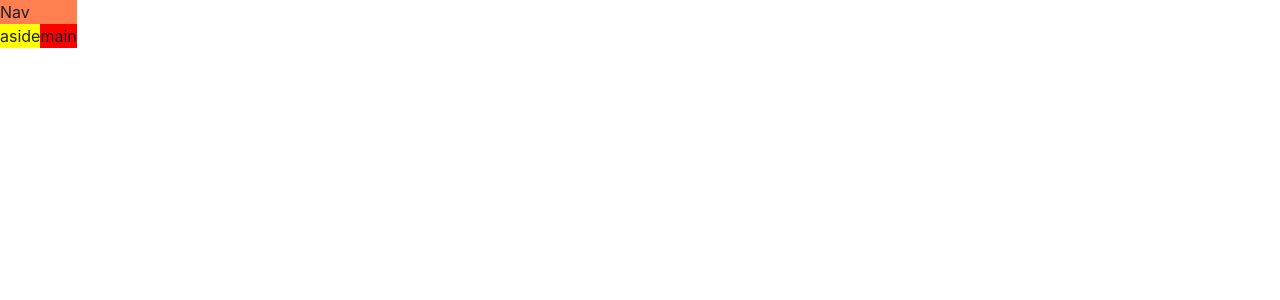
Repository: heyCaroline/game-hub
Page: /
An editor plug-in stored every save of this project. The page is shown before and after the next save, followed by the edit.
The browser window is 1280 px wide. The pictures show the whole page.
The project was rebuilt for these pictures with package versions that can differ from the ones it lists, and the page was loaded fresh each time. Also part of the build but not shown: vite.config.ts.

Above is the page before, as saved 2025-05-16 17:13:38.

### src/main.tsx
import { StrictMode } from "react";
import { createRoot } from "react-dom/client";
import "./index.css";
import { ChakraProvider } from "@chakra-ui/react";
import App from "./App.tsx";

createRoot(document.getElementById("root")!).render(
  <StrictMode>
    <ChakraProvider>
      <App />
    </ChakraProvider>
  </StrictMode>
);

### src/App.tsx
import { Grid, GridItem, Show } from "@chakra-ui/react";

function App() {
  return (
    <>
      <Grid
        templateAreas={{
          base: `"nav" "main"`,
          lg: `"nav nav" "aside main"`,
        }}
      >
        <GridItem area="nav" bg="coral">
          Nav
        </GridItem>
        <Show above="lg">
          <GridItem area="aside" bg="yellow">
            aside
          </GridItem>{" "}
        </Show>
        <GridItem area="main" bg="red">
          main
        </GridItem>
      </Grid>
    </>
  );
}

export default App;

Loaded but not shown: index.html (common file); src/index.css (common file)

After the next save:
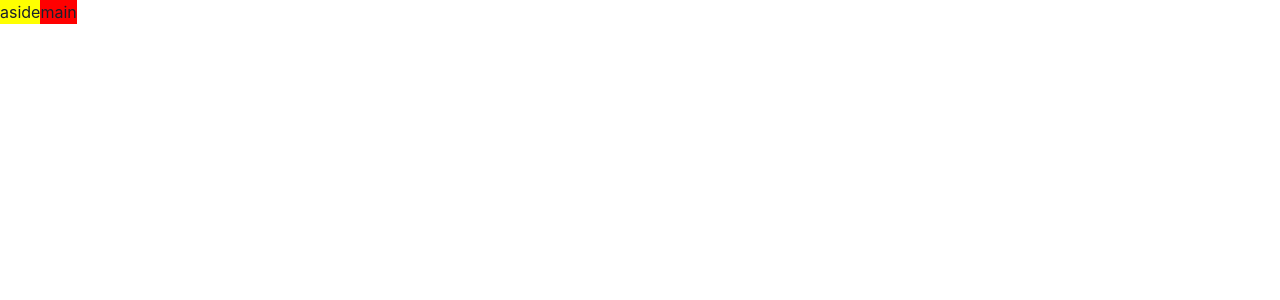
Saved 28 s later.
--- a/src/App.tsx
+++ b/src/App.tsx
@@ -1,5 +1,5 @@
 import { Grid, GridItem, Show } from "@chakra-ui/react";
-
+import navBar from "./component/navBar";
 function App() {
   return (
     <>
@@ -10,7 +10,7 @@ function App() {
         }}
       >
         <GridItem area="nav" bg="coral">
-          Nav
+          <navBar />
         </GridItem>
         <Show above="lg">
           <GridItem area="aside" bg="yellow">
